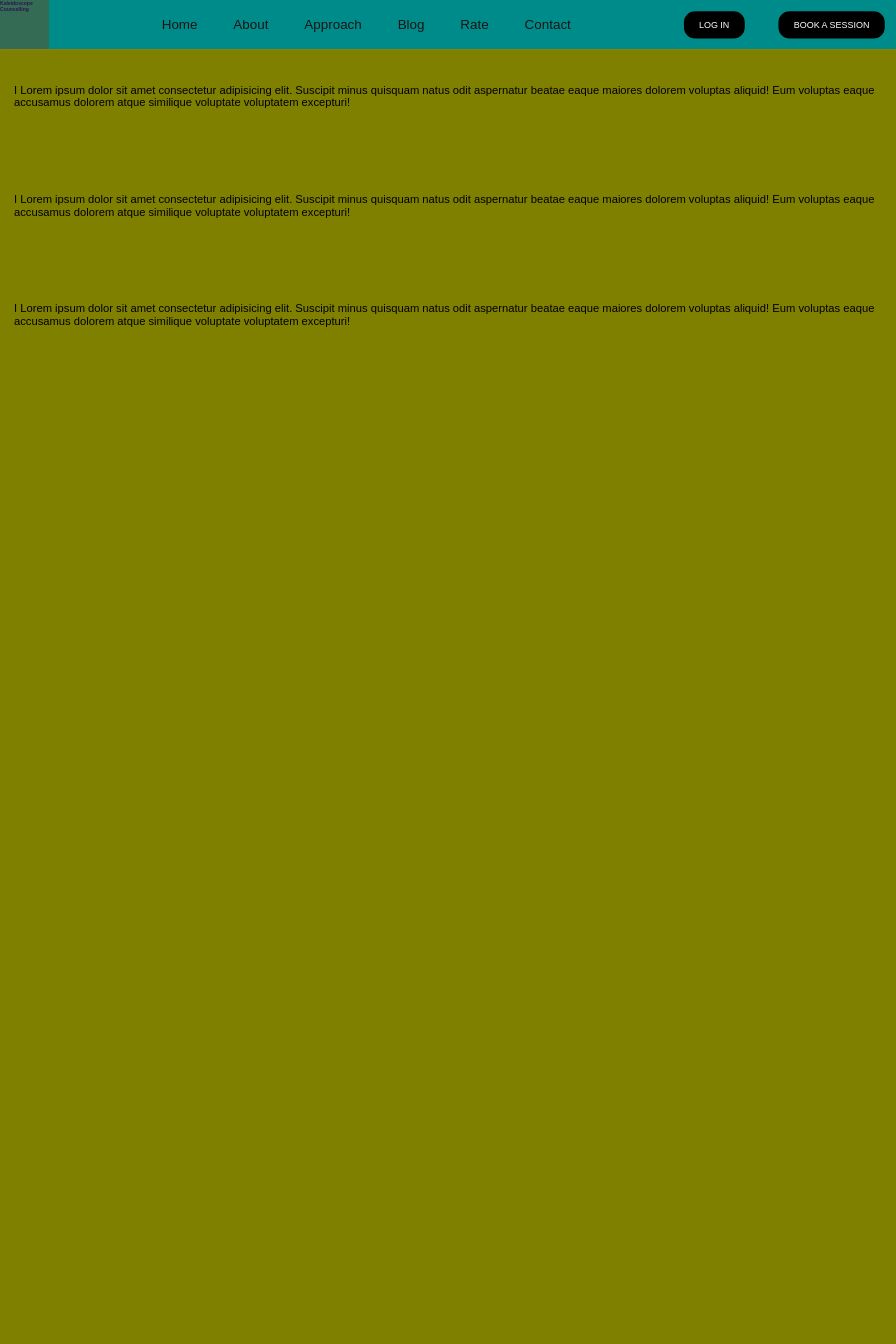
Repository: voutadi/ava-website
Page: index.html
The author's editor kept a copy of each file at every save. The page is drawn from the files as they stood at one save, then again after a run of saves.
The browser window is 1280 px wide. The pictures show the part of the page from y = 0 to 1920 px (the page is 3120 px tall), at 70% of full size.

Above is the page before, as saved 2024-11-24 22:10:19.

After the next 2 saves:
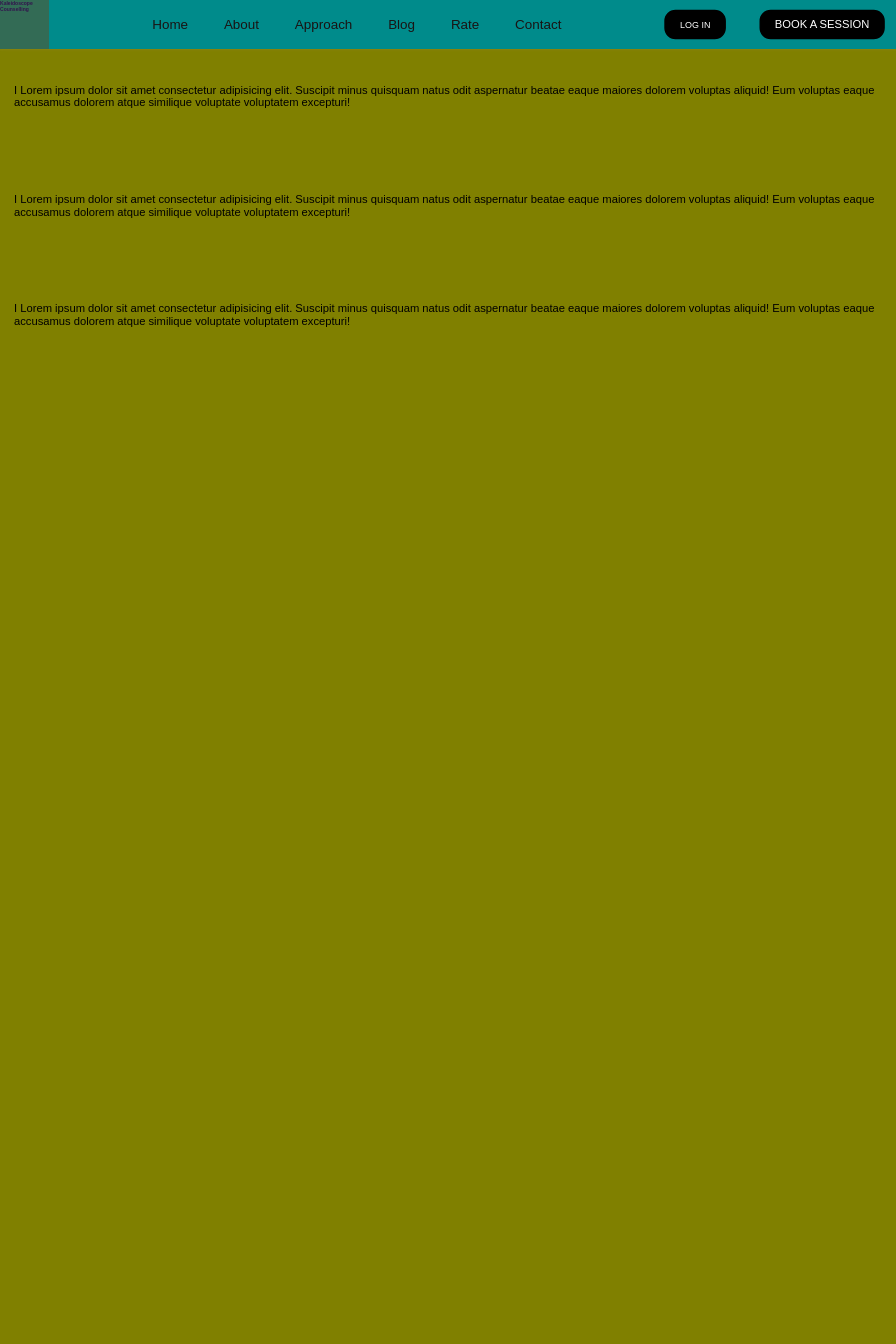
The 2 saves are shown as one change because they came seconds apart.
The last was saved 2 min 3 s later.
--- a/styles/style.css
+++ b/styles/style.css
@@ -87,7 +87,7 @@
 
   background-color: black;
   color: rgb(255, 255, 255);
-  font-size: .8rem;
+  font-size: 1rem;
   padding: 10px 20px;
   margin-right: 1rem;
   margin-left: 2rem;
